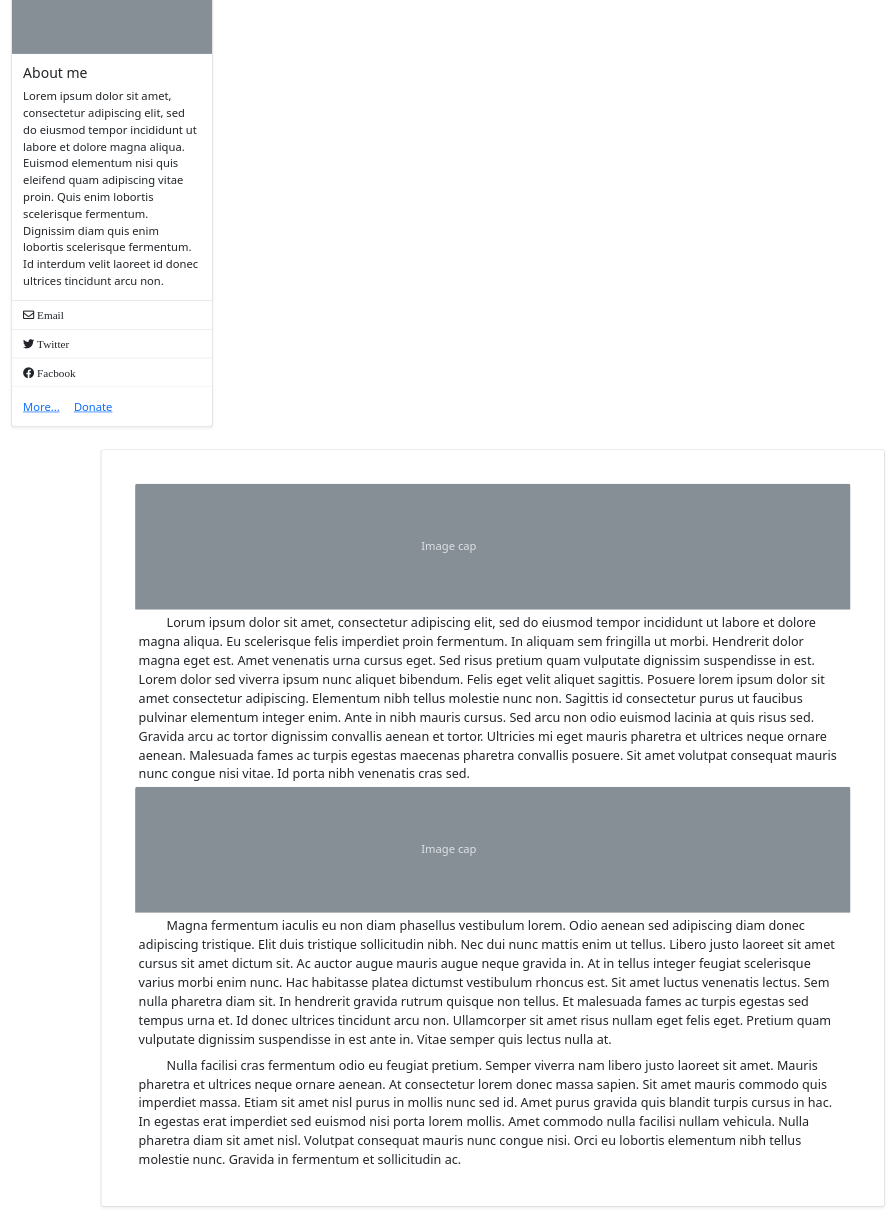
Repository: LublubXT/Azi-Tec-Team
Page: views/templates/blogs/personalblog/home.html
The author's editor kept a copy of each file at every save. The page is drawn from the files as they stood at one save, then again after the next save.
The browser window is 1280 px wide. The pictures show the part of the page from y = 840 to 2760 px (the page is 2580 px tall before and 2760 px after), at 70% of full size.

Above is the page before, as saved 2021-03-11 09:25:08.

After the next save:
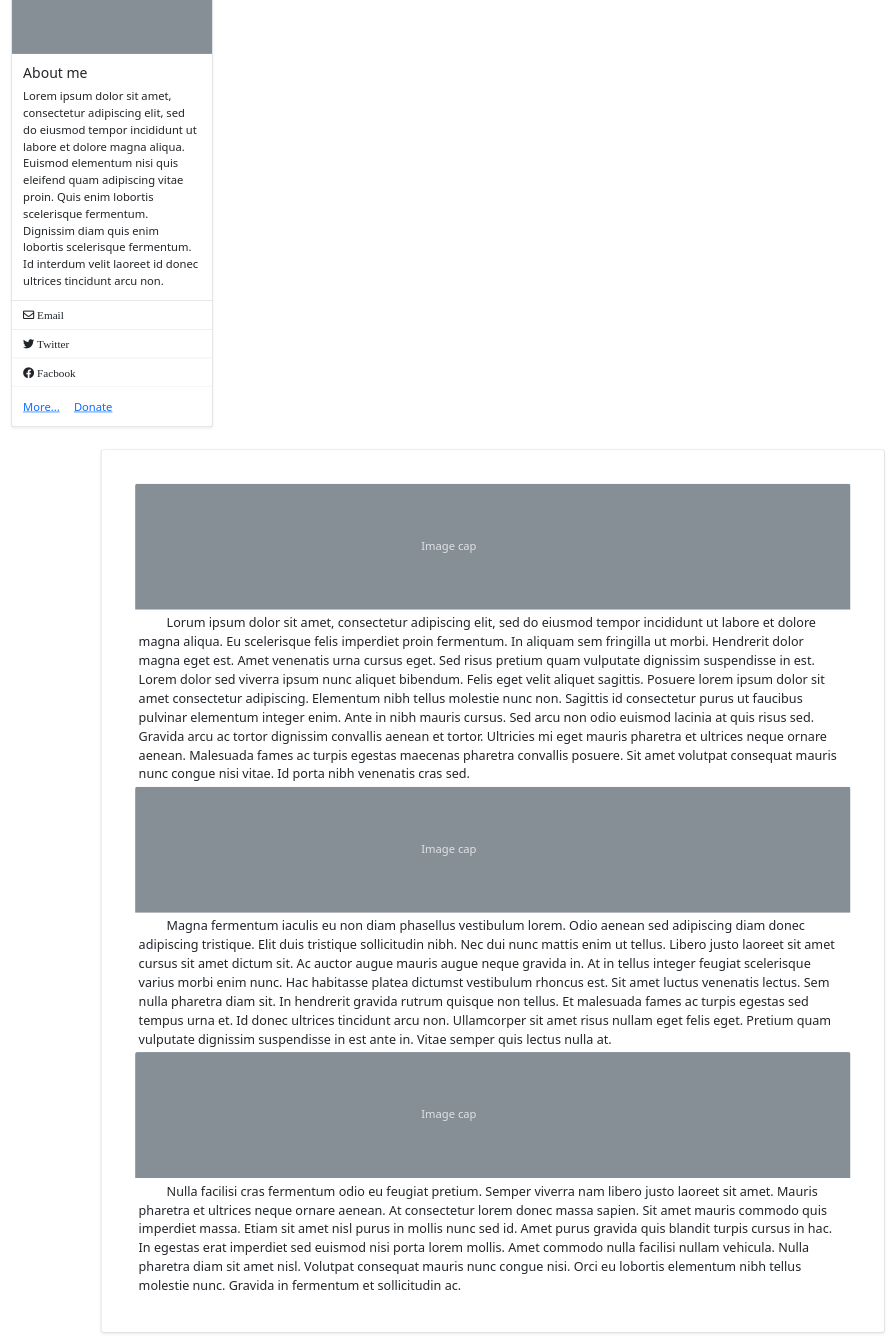
Saved 4 s later.
--- a/views/templates/blogs/personalblog/home.html
+++ b/views/templates/blogs/personalblog/home.html
@@ -122,6 +122,12 @@
                     Pretium quam vulputate
                     dignissim suspendisse in est ante in. Vitae semper quis lectus nulla at.
                 </p>
+                <svg class="bd-placeholder-img card-img-top" width="100%" height="180" xmlns="http://www.w3.org/2000/svg" role="img"
+                    aria-label="Placeholder: Image cap" preserveAspectRatio="xMidYMid slice" focusable="true">
+                    <title>Placeholder</title>
+                    <rect width="100%" height="100%" fill="#868e96"></rect><text x="40%" y="50%" fill="#dee2e6" dy=".3em">Image
+                        cap</text>
+                </svg>
                 <p class="text-dark main_p"><span class="tab"></span>
                     Nulla facilisi cras fermentum odio eu feugiat pretium. Semper viverra nam libero justo laoreet sit
                     amet. Mauris pharetra
